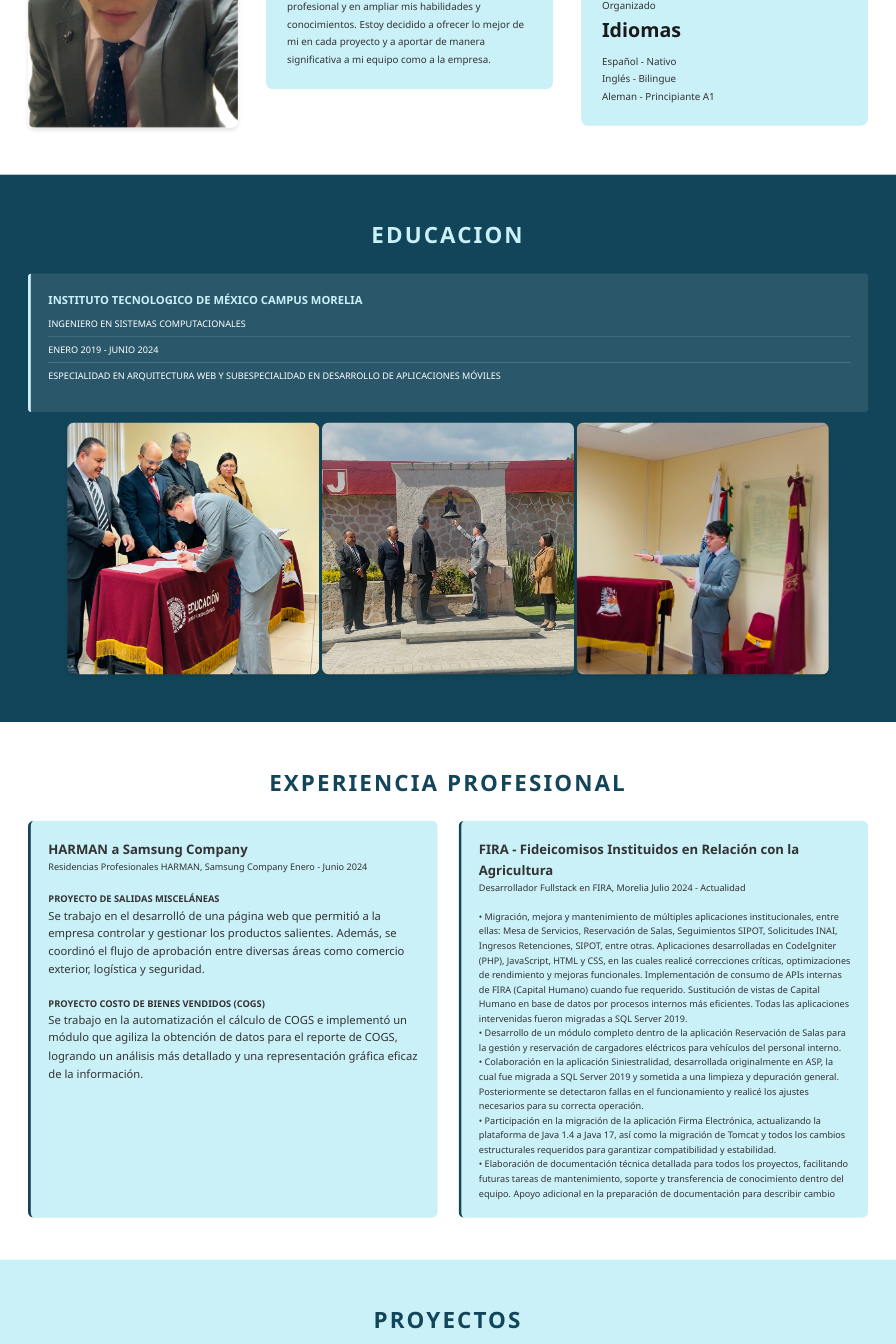
Repository: rafaelsilva2k/mi-portafolio
Page: index.html
The author's editor kept a copy of each file at every save. The page is drawn from the files as they stood at one save, then again after the next save.
The browser window is 1280 px wide. The pictures show the part of the page from y = 861 to 2781 px (the page is 3313 px tall before and 3193 px after), at 70% of full size.

Above is the page before, as saved 2026-04-17 13:43:52.

### index.html
<!DOCTYPE html>
<html lang="en">
<head>
    <meta charset="UTF-8">
    <meta name="viewport" content="width=device-width, initial-scale=1.0">
    <title>Rafael Fabian Silva Zapien</title>
    <link rel="stylesheet" href="styles.css">
</head>
<body>
    <!-- HEADER: Nombre, Profesión y Menú de Navegación -->
    <header class="header">
        <div class="header-content">
            <div class="logo-section">
                <h1>Rafael Fabian Silva Zapien</h1>
                <p class="profession">INGENIERO EN SISTEMAS COMPUTACIONALES</p>
            </div>

            <nav class="navbar">
                <ul>
                    <li><a href="#sobre-mi">SOBRE MI</a></li>
                    <li><a href="#educacion">EDUCACION</a></li>
                    <li><a href="#experiencia">EXPERIENCIA</a></li>
                    <li><a href="#proyectos">PROYECTOS</a></li>
                    <li><a href="#contacto">CONTACTO</a></li>
                </ul>
            </nav>
        </div>
    </header>

    <!-- HERO SECTION: Imagen grande con texto "Desarrollador Web Fullstack" -->
     <section class="hero">
        <div class="hero-content">
            <h2>Desarrollador Web<br>Fullstack</h2>
        </div>
     </section>

     <!-- SECCIÓN SOBRE MÍ: Foto + Descripción -->
      <section id="sobre-mi" class="sobre-mi">
        <div class="sobre-mi-container">
            <div class="sobre-mi-foto">
                <img src="images/me.png" alt="Rafael Silva">
            </div>
            <div class="sobre-mi-texto">
                <h2>SOBRE MI</h2>
                <p>Disfruto desarrollarme en el área de la tecnología, actualmente estoy enfocado en mi crecimiento profesional y en ampliar mis habilidades y conocimientos. Estoy decidido a ofrecer lo mejor de mi en cada proyecto y a aportar de manera significativa a mi equipo como a la empresa.</p>
            </div>
            <div class="sobre-mi-texto">
                <div class="sobre-mi-habilidades">
                    <h2>Habilidades blandas</h2>
                    <p> Resolución de problemas <br> Buena comunicación <br> Trabajo en equipo  <br> Adaptabilidad <br> Organizado</p>
                <div>
                <div class="sobre-mi-habilidades">
                    <h2>Idiomas</h2>
                    <p>Español - Nativo <br> Inglés - Bilingue <br> Aleman - Principiante A1</p>
                </div>
            </div>
        </div>
      </section>

      <!--Seccion de Educacion-->
      <section id="educacion" class="educacion">
        <h2>EDUCACION</h2>
        <div class="educacion-content">
            <div class="educacion-item">
                <h4>INSTITUTO TECNOLOGICO DE MÉXICO CAMPUS MORELIA</h4>
                <p>INGENIERO EN SISTEMAS COMPUTACIONALES</p>
                <p>ENERO 2019 - JUNIO 2024</p>
                <p>ESPECIALIDAD EN ARQUITECTURA WEB Y SUBESPECIALIDAD EN DESARROLLO DE APLICACIONES MÓVILES</p>
            </div>
            <div class="education-item">
                <div class="education-photos">
                    <img src="images/FirmaTitulacion.jpeg">
                    <img src="images/campanaTitulacion.jpeg">
                    <img src="images/titulacion.jpeg">
                </div>
            </div>
        </div>
      </section>

      <section id="experiencia" class="experiencia">
        <h2>EXPERIENCIA PROFESIONAL</h2>
            <div class="experiencia-content">
                <div class="experiencia-item">
                    <h3>HARMAN a Samsung Company</h3>
                    <p>Residencias Profesionales HARMAN, Samsung Company Enero - Junio 2024 </p><br>
                    <h5>PROYECTO DE SALIDAS MISCELÁNEAS</h5>
                    <p></p>Se trabajo en el desarrolló de una página web que permitió a la empresa
                    controlar y gestionar los productos salientes. Además, se coordinó el flujo de
                    aprobación entre diversas áreas como comercio exterior, logística y seguridad. <br> <br>
                    <h5>PROYECTO COSTO DE BIENES VENDIDOS (COGS)</h5>
                    Se trabajo en la automatización el cálculo de COGS e implementó un módulo
                    que agiliza la obtención de datos para el reporte de COGS, logrando un análisis
                    más detallado y una representación gráfica eficaz de la información.</p>
                </div>
                <div class="experiencia-item">
                    <h3>FIRA - Fideicomisos Instituidos en Relación con la Agricultura</h3>
                    <p>Desarrollador Fullstack en FIRA, Morelia Julio 2024 - Actualidad <br> <br>
                    • Migración, mejora y mantenimiento de múltiples aplicaciones institucionales,
                    entre ellas: Mesa de Servicios, Reservación de Salas, Seguimientos SIPOT,
                    Solicitudes INAI, Ingresos Retenciones, SIPOT, entre otras.
                    Aplicaciones desarrolladas en CodeIgniter (PHP), JavaScript, HTML y CSS,
                    en las cuales realicé correcciones críticas, optimizaciones de rendimiento y
                    mejoras funcionales.
                    Implementación de consumo de APIs internas de FIRA (Capital Humano)
                    cuando fue requerido.
                    Sustitución de vistas de Capital Humano en base de datos por procesos
                    internos más eficientes.
                    Todas las aplicaciones intervenidas fueron migradas a SQL Server 2019. <br>
                    • Desarrollo de un módulo completo dentro de la aplicación Reservación de
                    Salas para la gestión y reservación de cargadores eléctricos para vehículos del
                    personal interno.<br>
                    • Colaboración en la aplicación Siniestralidad, desarrollada originalmente en
                    ASP, la cual fue migrada a SQL Server 2019 y sometida a una limpieza y
                    depuración general. Posteriormente se detectaron fallas en el funcionamiento y
                    realicé los ajustes necesarios para su correcta operación.<br>
                    • Participación en la migración de la aplicación Firma Electrónica, actualizando
                    la plataforma de Java 1.4 a Java 17, así como la migración de Tomcat y todos
                    los cambios estructurales requeridos para garantizar compatibilidad y
                    estabilidad.<br>
                    • Elaboración de documentación técnica detallada para todos los proyectos,
                    facilitando futuras tareas de mantenimiento, soporte y transferencia de
                    conocimiento dentro del equipo. Apoyo adicional en la preparación de
                    documentación para describir cambio</p>
                </div>
            </div>
      </section>

      <!--Seccion de proyectos-->
      <section id="proyectos" class="proyectos">
        <h2>PROYECTOS</h2>
        <div class="proyectos-content">
            <div class="proyectos-item">
                <h4>Primer proyecto</h4>
                <img src="" alt="Proyecto-1-name">
            </div>
            <div class="proyectos-item">
                <h4> Segundo proyecto</h4>
                <img src="" alt="Proyecto-2-name">
            </div>
            <div class="proyectos-item">
                <h4>Tercer proyecto</h4>
                <img src="" alt="proyecto-3-name">
            </div>
        </div>
      </section>

      <section id="contacto" class="contacto">
        <h2>Contacto</h2>
        <div class="contacto-content">
            <p>Email: rafaelsilva2k256@gmail.com</p>
            <p>LinkedIn: <a href="www.linkedin.com/in/rafael-fabian-silva-zapien-a124ba247">Perfil de Linkedin</a></p>
            <p>GitHub: <a href="#">Tu GitHub</a></p>
        </div>
      </section>

      <!--footer-->
      <footer class="footer">
        <p>&copy; 2024 Rafael Fabian Silva Zapien. Todos los derechos reservados.</p>
      </footer>

      <script src="script.js"></script>
</body>
</html>

### styles.css
/* ============================================
   RESET Y VARIABLES GLOBALES
   ============================================ */

* {
    margin: 0;
    padding: 0;
    box-sizing: border-box;
}

:root {
    --color-primary: #caf0f8;      /* Amarillo */
    --color-secondary: #124559;    /* Dorado/Marrón */
    --color-dark: #1a1a1a;         /* Negro */
    --color-text: #333333;         /* Texto gris oscuro */
    --color-white: #ffffff;        /* Blanco */
}

body {
    font-family: 'Segoe UI', Tahoma, Geneva, Verdana, sans-serif;
    color: var(--color-text);
    line-height: 1.6;
}

/* ============================================
   HEADER - Menú y nombre
   ============================================ */

.header {
    background-color: var(--color-primary);
    padding: 20px 0;
    border-bottom: 3px solid var(--color-secondary);
    position: sticky;
    top: 0;
    z-index: 100;
}

.header-content {
    max-width: 1200px;
    margin: 0 auto;
    padding: 0 20px;

    /* FLEXBOX: Alinea nombre a la izquierda y menú a la derecha */
    display: flex;
    justify-content: space-between;
    align-items: center;
}

.logo-section h1 {
    font-size: 24px;
    font-weight: bold;
    color: var(--color-dark);
}

.profession {
    font-size: 12px;
    color: var(--color-text);
    letter-spacing: 2px;
}

/* NAVEGACIÓN - Menú horizontal */
.navbar ul {
    list-style: none;

    /* FLEXBOX: Alinea los items del menú horizontalmente */
    display: flex;
    gap: 30px;
}

.navbar a {
    text-decoration: none;
    color: var(--color-text);
    font-size: 14px;
    font-weight: 500;
    transition: color 0.3s ease;
}

.navbar a:hover {
    color: var(--color-secondary);
}

/* ============================================
   HERO SECTION - Imagen grande
   ============================================ */

.hero {
    background: linear-gradient(rgba(0, 0, 0, 0.5), rgba(0, 0, 0, 0.5)),
                url('images/iaGeneratedMe.jpeg');
    background-size: cover;
    background-position: center;
    height: 500px;

    /* FLEXBOX: Centra el texto en el hero */
    display: flex;
    align-items: center;
    justify-content: center;
    text-align: center;
}

.hero-content h2 {
    font-size: 48px;
    color: var(--color-primary);
    font-weight: bold;
    text-shadow: 2px 2px 4px rgba(0, 0, 0, 0.7);
}

/* ============================================
   SECCIÓN SOBRE MÍ
   ============================================ */

.sobre-mi {
    padding: 60px 20px;
    background-color: var(--color-white);
}

.sobre-mi-container {
    max-width: 1200px;
    margin: 0 auto;

    /* FLEXBOX: Alinea foto a la izquierda y texto a la derecha */
    display: flex;
    gap: 40px;
    align-items: center;
}

.sobre-mi-foto {
    flex: 0 0 300px;  /* Ancho fijo de 300px */
}

.sobre-mi-foto img {
    width: 100%;
    border-radius: 10px;
    box-shadow: 0 4px 6px rgba(0, 0, 0, 0.1);
}

.sobre-mi-texto {
    flex: 1;  /* Ocupa el espacio restante */
    background-color: var(--color-primary);
    padding: 30px;
    border-radius: 10px;
}

.sobre-mi-texto h2 {
    font-size: 28px;
    margin-bottom: 10px;
    color: var(--color-dark);
}

.sobre-mi-texto h3 {
    font-size: 14px;
    letter-spacing: 2px;
    margin-bottom: 20px;
    color: var(--color-secondary);
}

.sobre-mi-texto p {
    font-size: 14px;
    line-height: 1.8;
    color: var(--color-text);
}


/* ============================================
   SECCIÓN EDUCACIÓN
   ============================================ */

.educacion {
    padding: 60px 20px;
    background-color: var(--color-secondary);
    color: var(--color-white);
}

.educacion h2 {
    font-size: 32px;
    margin-bottom: 30px;
    text-align: center;
    color: var(--color-primary);
    letter-spacing: 3px;
}

.educacion-content {
    max-width: 1200px;
    margin: 0 auto;
}

.educacion-item {
    background-color: rgba(255, 255, 255, 0.1);
    padding: 25px;
    margin-bottom: 15px;
    border-left: 4px solid var(--color-primary);
    border-radius: 5px;
}

.educacion-item h4 {
    font-size: 16px;
    margin-bottom: 10px;
    color: var(--color-primary);
}

.educacion-item p {
    font-size: 13px;
    margin-bottom: 8px;
    padding-bottom: 8px;
    border-bottom: 1px solid rgba(255, 255, 255, 0.2);
}

.educacion-item p:last-child {
    border-bottom: none;
}

.education-photos {
    flex: 0 0 300px;  /* Ancho fijo de 300px */
    text-align: center;
}

.education-photos img {
    width: 30%;
    border-radius: 10px;
    box-shadow: 0 4px 6px rgba(0, 0, 0, 0.1);
}

/* ============================================
   SECCIÓN EXPERIENCIA
   ============================================ */

.experiencia {
    padding: 60px 20px;
    background-color: var(--color-white);
}

.experiencia h2 {
    font-size: 32px;
    margin-bottom: 30px;
    text-align: center;
    color: var(--color-secondary);
    letter-spacing: 3px;
}

.experiencia-content {
    max-width: 1200px;
    margin: 0 auto;

    /* FLEXBOX: Coloca los items uno al lado del otro */
    display: flex;
    gap: 30px;
}

.experiencia-item {
    flex: 1;
    background-color: var(--color-primary);
    padding: 25px;
    border-radius: 8px;
    border-left: 4px solid var(--color-secondary);
}

.experiencia-item h4 {
    font-size: 16px;
    margin-bottom: 10px;
    color: var(--color-dark);
}

.experiencia-item p {
    font-size: 13px;
    color: var(--color-text);
}

/* ============================================
   SECCIÓN PROYECTOS
   ============================================ */

.proyectos {
    padding: 60px 20px;
    background-color: var(--color-primary);
}

.proyectos h2 {
    font-size: 32px;
    margin-bottom: 30px;
    text-align: center;
    color: var(--color-secondary);
    letter-spacing: 3px;
}

.proyectos-content {
    max-width: 1200px;
    margin: 0 auto;

    /* FLEXBOX: Coloca las tarjetas en 3 columnas */
    display: flex;
    gap: 25px;
    justify-content: space-between;
}

.proyectos-item {
    flex: 1;
    background-color: var(--color-white);
    padding: 20px;
    border-radius: 8px;
    box-shadow: 0 2px 8px rgba(0, 0, 0, 0.1);
    transition: transform 0.3s ease;
}

.proyectos-item:hover {
    transform: translateY(-5px);
}

.proyectos-item h4 {
    font-size: 16px;
    margin-bottom: 15px;
    color: var(--color-dark);
}

.proyectos-item img {
    width: 100%;
    height: 200px;
    object-fit: cover;
    border-radius: 5px;
    background-color: var(--color-secondary);
}

/* ============================================
   SECCIÓN CONTACTO
   ============================================ */

.contacto {
    padding: 60px 20px;
    background-color: var(--color-secondary);
    color: var(--color-white);
    text-align: center;
}

.contacto h2 {
    font-size: 32px;
    margin-bottom: 30px;
    color: var(--color-primary);
    letter-spacing: 3px;
}

.contacto-content {
    max-width: 600px;
    margin: 0 auto;
    font-size: 14px;
    line-height: 2;
}

.contacto-content a {
    color: var(--color-primary);
    text-decoration: none;
    font-weight: bold;
}

.contacto-content a:hover {
    text-decoration: underline;
}

/* ============================================
   FOOTER
   ============================================ */

.footer {
    background-color: var(--color-dark);
    color: var(--color-white);
    text-align: center;
    padding: 20px;
    font-size: 12px;
}

/* ============================================
   RESPONSIVE - Para dispositivos móviles
   ============================================ */

@media (max-width: 768px) {
    .header-content {
        flex-direction: column;
        gap: 20px;
    }

    .navbar ul {
        gap: 15px;
        font-size: 12px;
    }

    .sobre-mi-container {
        flex-direction: column;
    }

    .sobre-mi-foto {
        flex: 0 0 200px;
    }

    .experiencia-content {
        flex-direction: column;
    }

    .proyectos-content {
        flex-direction: column;
    }

    .hero-content h2 {
        font-size: 32px;
    }
}

Loaded but not shown: script.js (no copy from this time; the picture is the same without it)

After the next save:
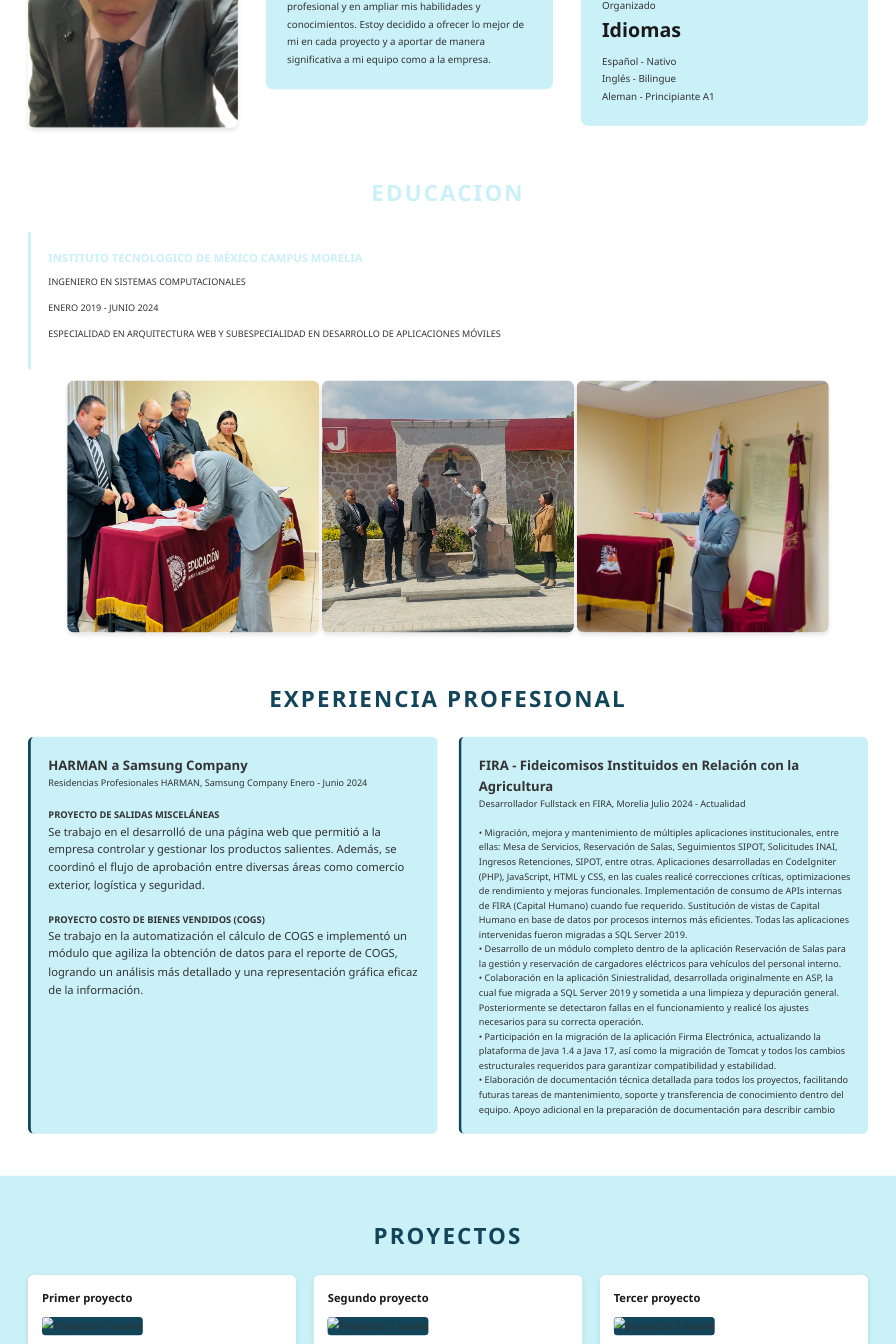
Saved 4 min 40 s later.
--- a/styles.css
+++ b/styles.css
@@ -159,6 +159,8 @@ body {
     color: var(--color-text);
 }
 
+.sobre
+
 
 /* ============================================
    SECCIÓN EDUCACIÓN
